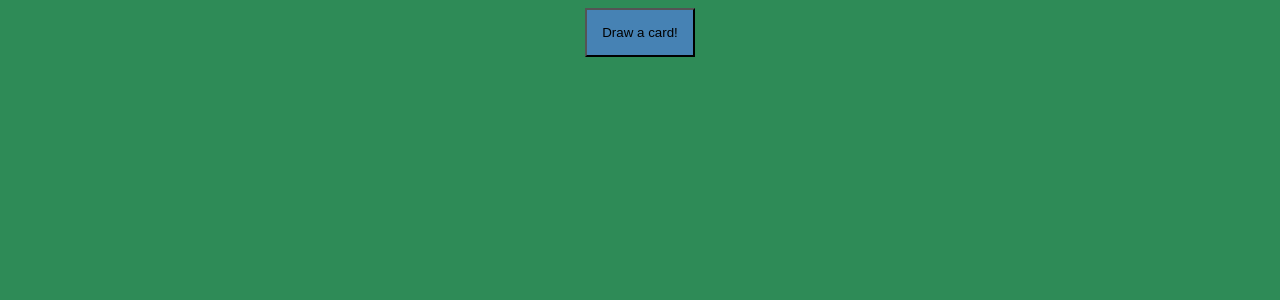
Repository: rmdayberry/JavaScript-Promises-Asychronous-Code
Page: Deck_of_Cards/Async-Await/deck_cards.html
The author's editor kept a copy of each file at every save. The page is drawn from the files as they stood at one save, then again after the next save.
The browser window is 1280 px wide. The pictures show the whole page.
The page's requests for data from a server got no answer.

Above is the page before, as saved 2024-07-01 17:03:54.
Console error (its wording comes from the project's code and is left out).

### Deck_of_Cards/Async-Await/deck_cards.html
<!DOCTYPE html>
<html lang="en">
  <head>
    <link rel="stylesheet" href="deck_cards.css" />
    <meta charset="UTF-8" />
    <meta name="viewport" content="width=device-width, initial-scale=1.0" />
    <title>Deck of Cards Async/Await</title>
  </head>
  <body>
    <button>Draw a card!</button>
    <div id="card-space"></div>
    <script
      src="https://code.jquery.com/jquery-3.3.1.js"
      integrity="sha256-2Kok7MbOyxpgUVvAk/HJ2jigOSYS2auK4Pfzbm7uH60="
      crossorigin="anonymous"
    ></script>
    <script src="deck_cards.js"></script>
  </body>
</html>

### Deck_of_Cards/Async-Await/deck_cards.css
body {
  background-color: seagreen;
  text-align: center;
}

button {
  padding: 15px;
  background-color: steelblue;
}

### Deck_of_Cards/Async-Await/deck_cards.js
$(function () {
  let baseURL = "https://deckofcardsapi.com/api/deck";

  // 1. Draw a single card and log the value and suit
  async function singleCard() {
    let data = await $.getJSON(`${baseURL}/new/draw/`);
    let { suit, value } = data.cards[0];
    console.log(`${value.toLowerCase()} of ${suit.toLowerCase()}`);
    $("#single-card").append(
      `<p>${value.toLowerCase()} of ${suit.toLowerCase()}</p>`
    );
  }
  singleCard();

  // 2. Draw two cards from the same deck and log the values and suits
  async function twoCards() {
    let firstCardData = await $.getJSON(`${baseURL}/new/draw/`);
    let deckId = firstCardData.deck_id;
    let secondCardData = await $.getJSON(`${baseURL}/${deckId}/draw/`);
    [firstCardData, secondCardData].forEach((cardData) => {
      let { suit, value } = cardData.cards[0];
      console.log(`${value.toLowerCase()} of ${suit.toLowerCase()}`);
      $("#two-cards").append(
        `<p>${value.toLowerCase()} of ${suit.toLowerCase()}</p>`
      );
    });
  }
  twoCards();

  // 3. Draw cards from a deck until no cards are left
  async function allTheWay() {
    let $btn = $("#draw-card");
    let $cardArea = $("#card-space");

    let deckData = await $.getJSON(`${baseURL}/new/shuffle/`);
    $btn.show().on("click", async function () {
      let cardData = await $.getJSON(`${baseURL}/${deckData.deck_id}/draw/`);
      let cardSrc = cardData.cards[0].image;
      let angle = Math.random() * 90 - 45;
      let randomX = Math.random() * 40 - 20;
      let randomY = Math.random() * 40 - 20;
      $cardArea.append(
        $("<img>", {
          src: cardSrc,
          css: {
            transform: `translate(${randomX}px, ${randomY}px) rotate(${angle}deg)`,
          },
        })
      );
      if (cardData.remaining === 0) $btn.remove();
    });
  }
  allTheWay();
});

After the next save:
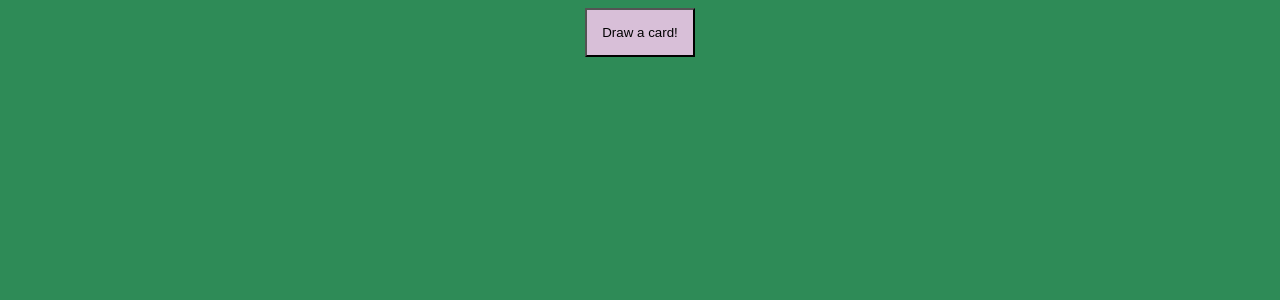
Saved 20 s later.
--- a/Deck_of_Cards/Async-Await/deck_cards.css
+++ b/Deck_of_Cards/Async-Await/deck_cards.css
@@ -5,5 +5,5 @@ body {
 
 button {
   padding: 15px;
-  background-color: steelblue;
+  background-color: thistle;
 }
